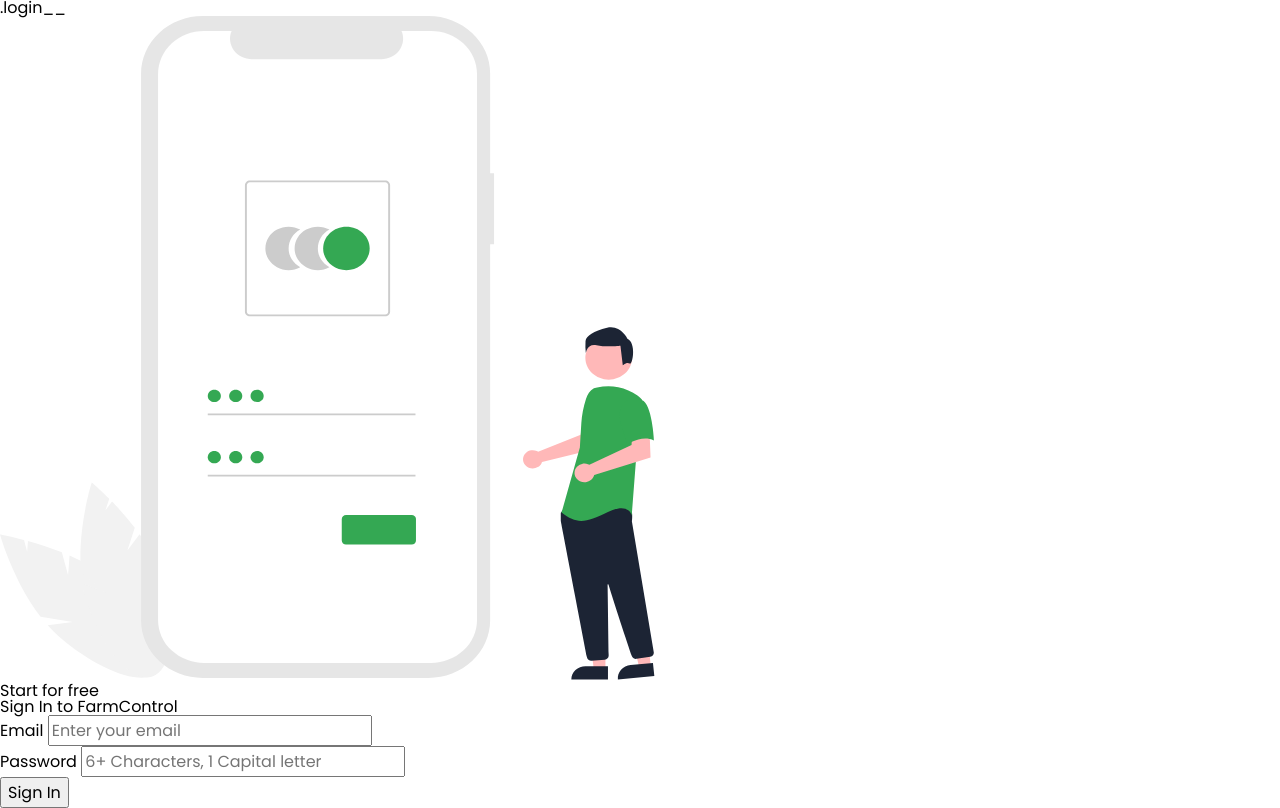
Repository: lehuyen307/System-monitor-plant-healthy-final
Page: ui/login.html
The author's editor kept a copy of each file at every save. The page is drawn from the files as they stood at one save, then again after the next save.
The browser window is 1280 px wide. The pictures show the whole page.
Some web libraries are served in a nearby version.

Above is the page before, as saved 2023-11-09 17:10:04.
Console error: TypeError: Cannot read properties of null (reading 'addEventListener')

After the next save:
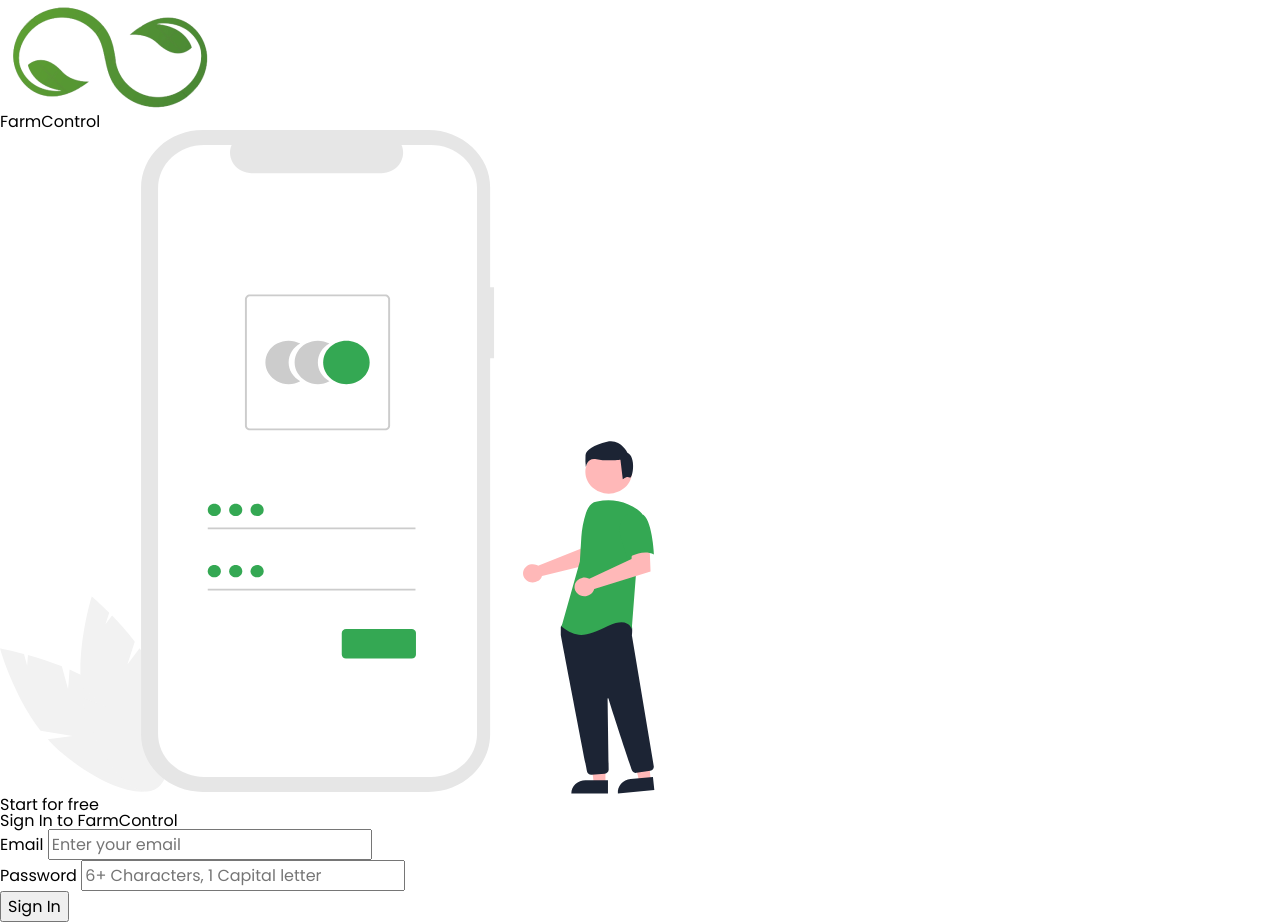
Saved 4 s later.
--- a/ui/login.html
+++ b/ui/login.html
@@ -107,7 +107,14 @@
         <main>
             <div class="login row-cols-lg-2">
                 <div class="login__left">
-                    .login__
+                    <div class="login__logo">
+                        <img
+                            src="./assets/img/login/logo.png"
+                            alt=""
+                            class="login__pic"
+                        />
+                        <div class="name">FarmControl</div>
+                    </div>
                     <img
                         src="/assets/img/login/undraw_access_account_re_8spm 1.svg"
                         alt=""
@@ -142,7 +149,9 @@
                                     id="password"
                                 />
                             </div>
-                            <button type="submit" class="signIn">Sign In</button>
+                            <button type="submit" class="signIn">
+                                Sign In
+                            </button>
                         </form>
                     </div>
                 </div>
